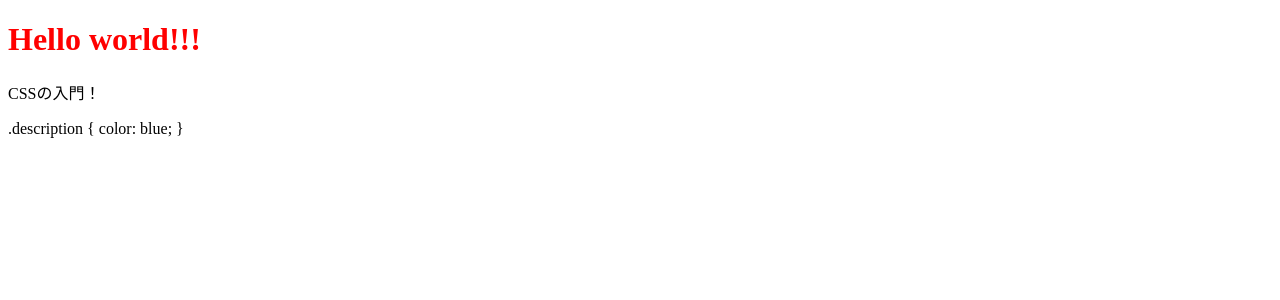
Repository: shimada-ryusuke/sample2
Page: html/css_intro.html
The author's editor kept a record of every edit. The page is drawn from the files as they stood at one moment, then again after the next edit.
The browser window is 1280 px wide. The pictures show the whole page.

Above is the page before.

After the next edit:
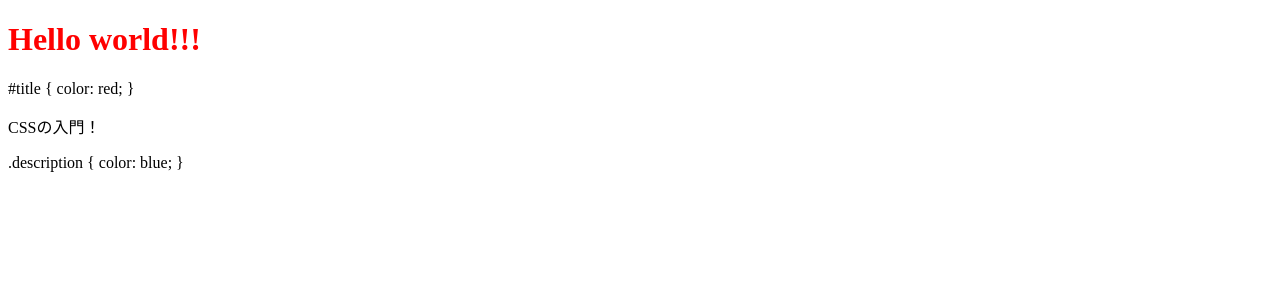
The edit:
--- a/html/css_intro.html
+++ b/html/css_intro.html
@@ -12,6 +12,9 @@
 </head>
   <body>
     <h1 id="title">Hello world!!!</h1>
+    #title {
+      color: red;
+      }
     <p class="description">CSSの入門！</p>
         .description {
       color: blue;

After the 2 edits that followed:
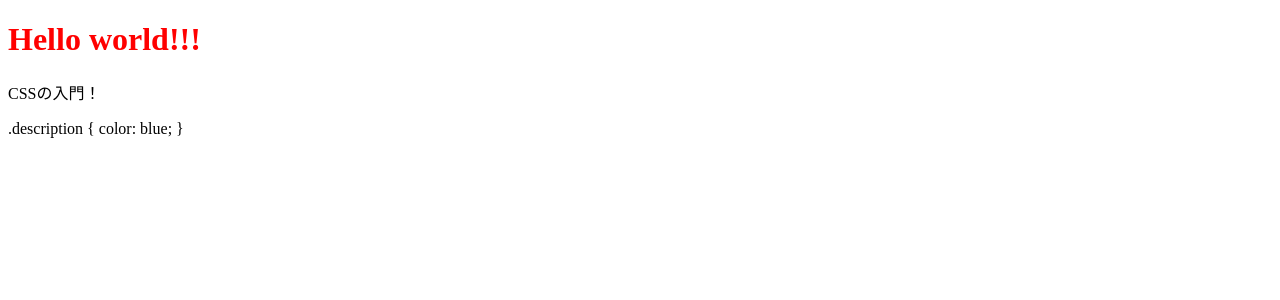
The 2 edits are shown as one change because 1 left the picture as it was.
The edit:
--- a/html/css_intro.html
+++ b/html/css_intro.html
@@ -12,11 +12,9 @@
 </head>
   <body>
     <h1 id="title">Hello world!!!</h1>
-    #title {
-      color: red;
-      }
+
     <p class="description">CSSの入門！</p>
-        .description {
+    .description {
       color: blue;
       }
 
